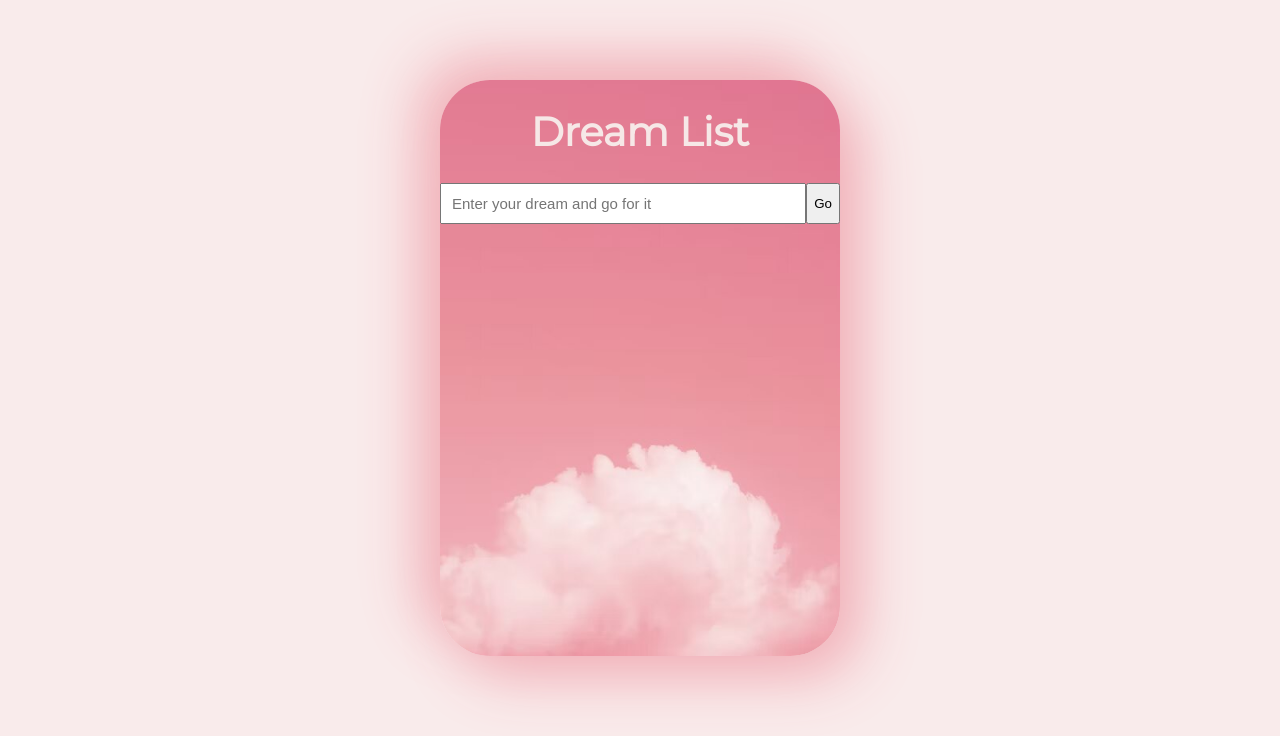
Repository: asya-aisa/grocery-list
Page: /
An editor plug-in stored every save of this project. The page is shown before and after the next save, followed by the edit.
The browser window is 1280 px wide. The pictures show the whole page.
The project was rebuilt for these pictures with package versions that can differ from the ones it lists, and the page was loaded fresh each time.

Above is the page before, as saved 2023-07-14 16:14:48.

After the next save:
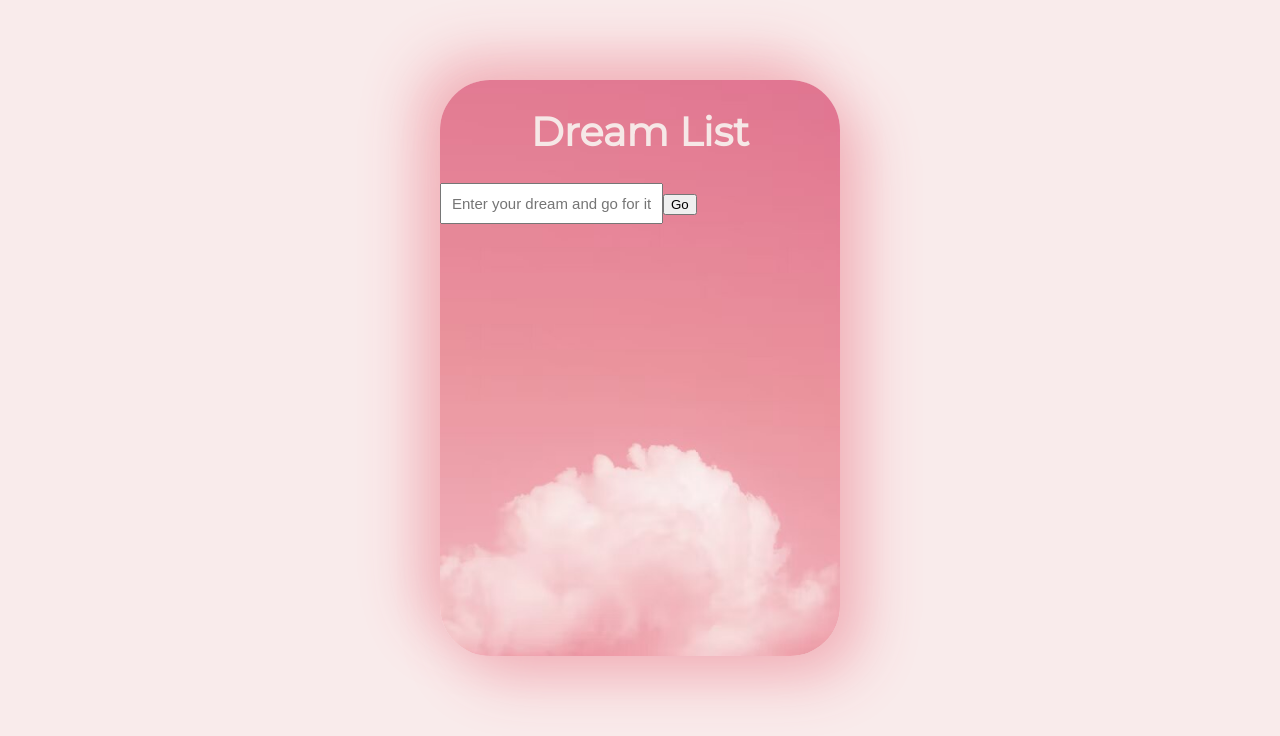
Saved 15 s later.
--- a/src/DreamList.js
+++ b/src/DreamList.js
@@ -30,7 +30,7 @@ export class DreamList extends Component {
 
     render() {
         return <div>
-            <div className="container">
+            <div className="container-input">
               <input type="text" placeholder="Enter your dream and go for it"
               onChange={(e) => {this.upDateInput(e.target.value)}}
               value={this.state.inputDream}/>
